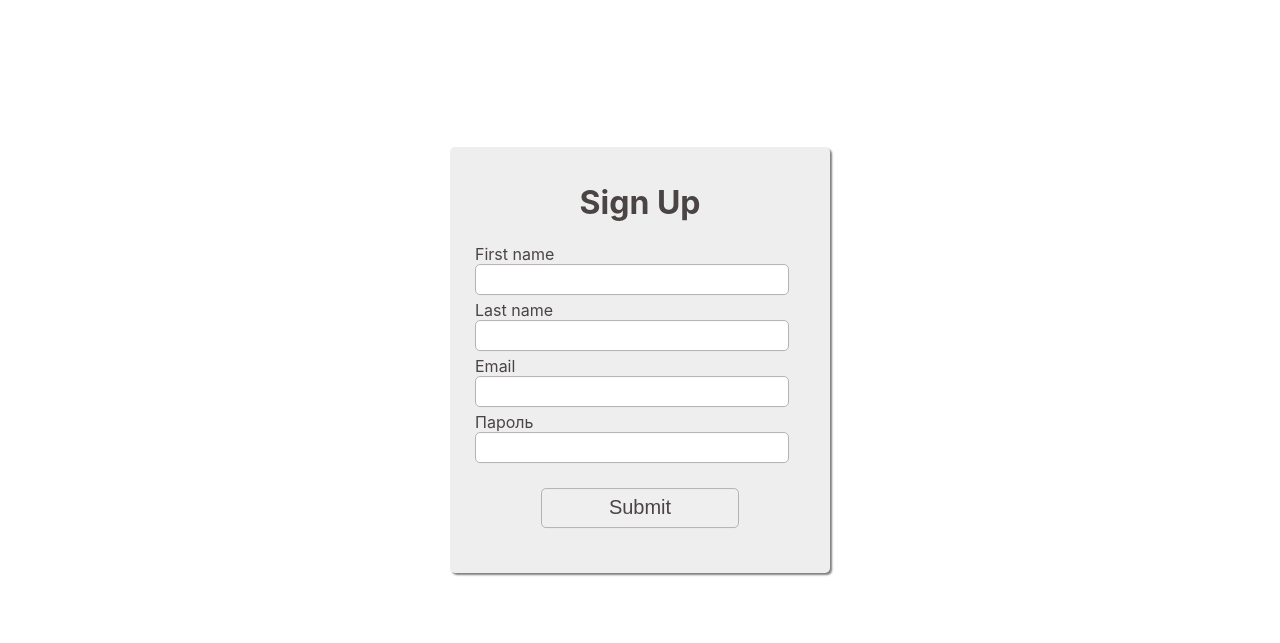
Repository: khamraeva/JSP-homework1-sighup
Page: /
An editor plug-in stored every save of this project. The page is shown before and after a run of saves, followed by the edit.
The browser window is 1280 px wide. The pictures show the whole page.
The project was rebuilt for these pictures with package versions that can differ from the ones it lists, and the page was loaded fresh each time.

Above is the page before, as saved 2020-07-22 19:45:33.

After the next 2 saves:
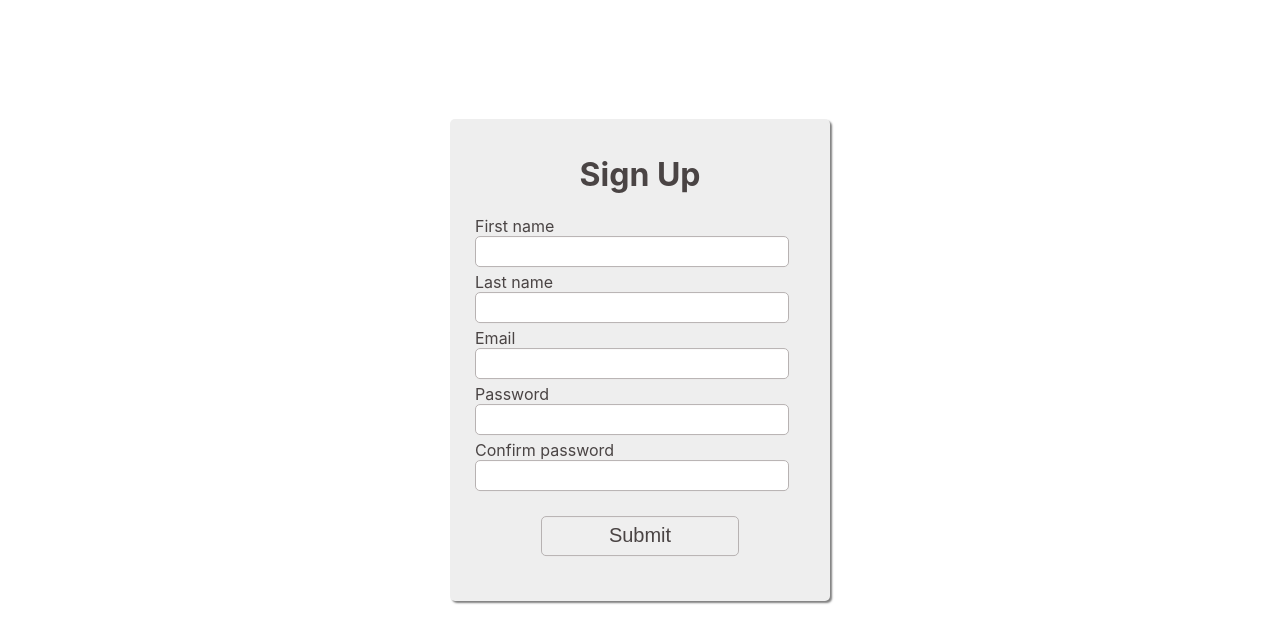
The 2 saves are shown as one change because 1 did not build or start.
The last was saved 94 s later.
--- a/src/Components/SignUp/SignUp.js
+++ b/src/Components/SignUp/SignUp.js
@@ -54,21 +54,21 @@ class SignUp extends Component {
                 password: {
                     value: '',
                     type: 'Password',
-                    label: 'Пароль',
+                    label: 'Password',
                     // errorMessage: 'Введите корректный пароль',
                     // valid: false,
                     // touched: false,
                     // validation: {
                     //     required: true,
                     //     minLength: 6
-                    // },
+                },
                 confirmPassword: {
                     label: 'Confirm password',
                     type:'password'
                 }
             }
         }
-    }
+
 
     submitHandler = event => {
         event.preventDefault();
